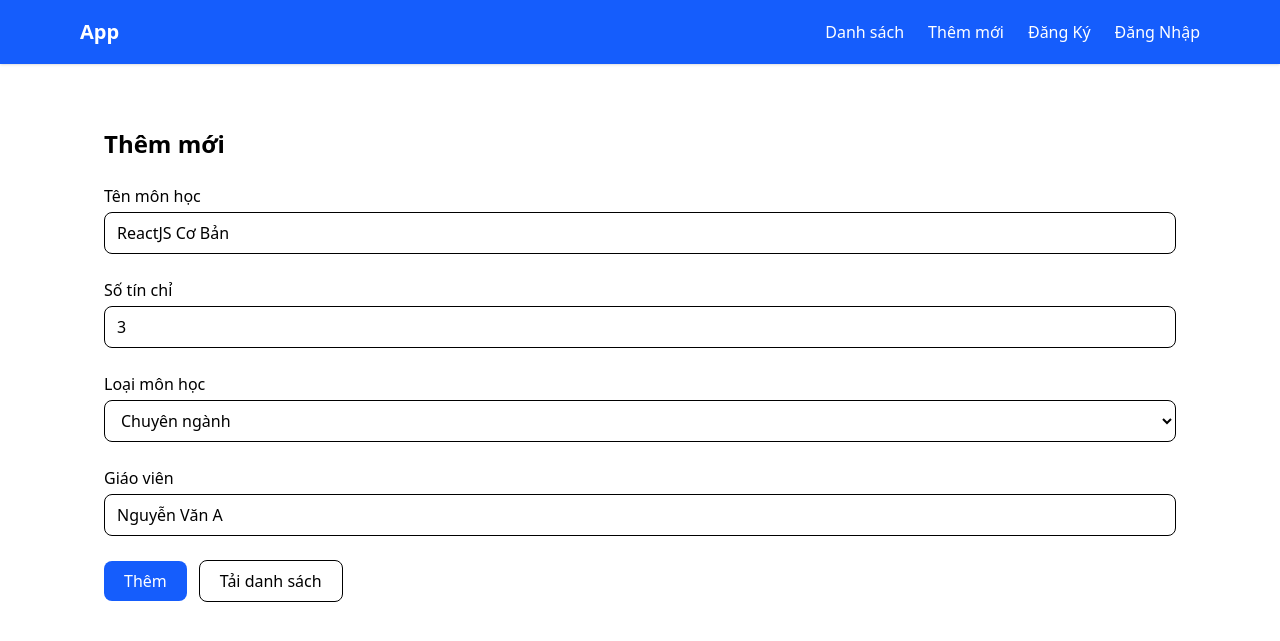
Repository: DODUCHUY195/Lap_Trinh_TypeScript
Page: /add
An editor plug-in stored every save of this project. The page is shown before and after the next save, followed by the edit.
The browser window is 1280 px wide. The pictures show the whole page.
The project was rebuilt for these pictures with package versions that can differ from the ones it lists, and the page was loaded fresh each time. Also part of the build but not shown: vite.config.ts, src/pages/List.tsx, src/pages/Edit.tsx, src/pages/AuthPage.tsx.

Above is the page before, as saved 2026-01-28 14:38:57.

After the next save:
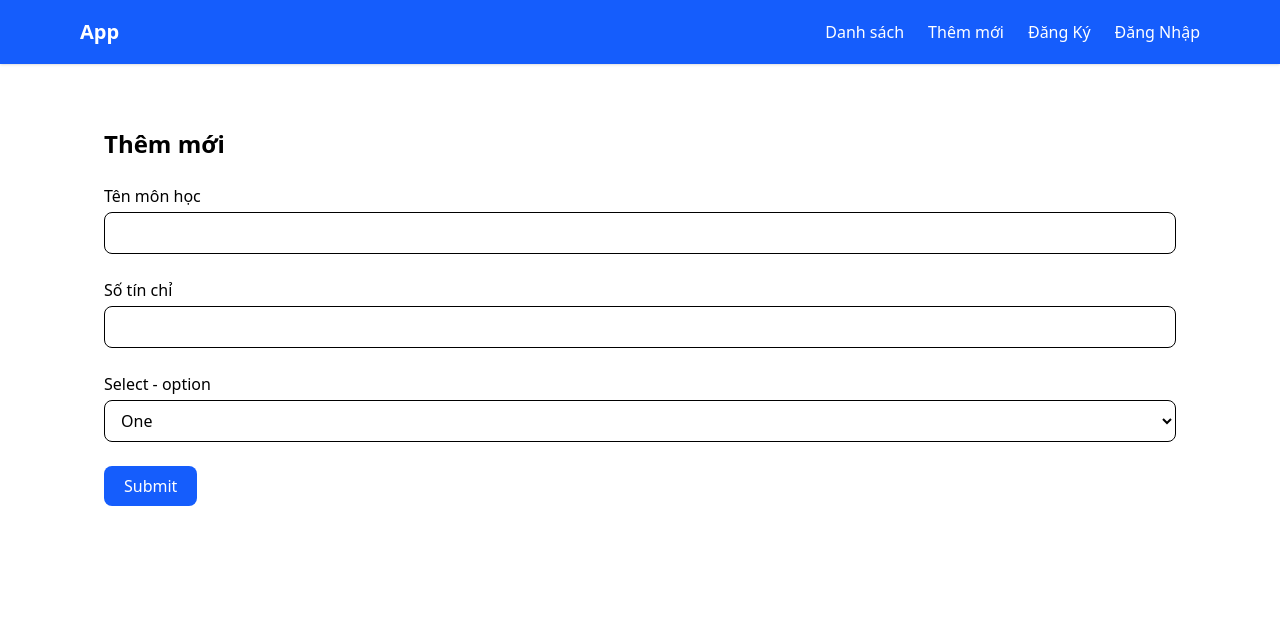
Saved 5 min 42 s later.
--- a/src/pages/Add.tsx
+++ b/src/pages/Add.tsx
@@ -1,40 +1,58 @@
-import { useNavigate } from "react-router-dom";
+import axios, { AxiosError } from "axios";
 import { useForm } from "react-hook-form";
+import z from "zod";
+import { zodResolver } from "@hookform/resolvers/zod";
+import { useNavigate, useParams } from "react-router-dom";
+import { useEffect } from "react";
 import toast from "react-hot-toast";
-import axios from "axios";
 
-type FormData = {
+type FormValues = {
   name: string;
   credit: number;
-  category: "Cơ sở" | "Chuyên ngành" | "Đại cương";
-  teacher: string;
 };
 
+const validate = z.object({
+  name: z.string().min(3, "Name 3 ky tu").max(100),
+  credit: z.number().min(1).max(100),
+});
+
 function AddPage() {
+  const { id } = useParams();
   const navigate = useNavigate();
   const {
     register,
     handleSubmit,
-    formState: { errors, isSubmitting },
-  } = useForm<FormData>({
-    mode: "onBlur",
-    defaultValues: {
-      name: "ReactJS Cơ Bản",
-      credit: 3,
-      category: "Chuyên ngành",
-      teacher: "Nguyễn Văn A",
-    },
-  });
+    reset,
+    formState: { errors },
+  } = useForm<FormValues>({ resolver: zodResolver(validate) });
 
-  const onSubmit = async (values: FormData) => {
+  useEffect(() => {
+    const getDetail = async () => {
+      try {
+        const token = localStorage.getItem("accessToken");
+        const headers = token ? { Authorization: `Bearer ${token}` } : undefined;
+        const { data } = await axios.get(`/api/subject/${id}`, { headers });
+        reset(data);
+      } catch (error) {
+        console.log(error);
+      }
+    };
+    if (id) getDetail();
+  }, [id, reset]);
+
+  const onSubmit = async (values: FormValues) => {
     try {
       const token = localStorage.getItem("accessToken");
       const headers = token ? { Authorization: `Bearer ${token}` } : undefined;
-      await axios.post("/api/subjects", values, { headers });
-      toast.success("Thêm thành công");
+      if (id) {
+        await axios.put(`/api/subject/${id}`, values, { headers });
+      } else {
+        await axios.post("/api/subject", values, { headers });
+      }
+      toast.success("Thành công");
       navigate("/");
-    } catch {
-      toast.error("Thêm thất bại");
+    } catch (error) {
+      toast.error("Thất bại: " + (error as AxiosError).message);
     }
   };
 
@@ -46,7 +64,7 @@ function AddPage() {
       params.set("_limit", "1000");
       const token = localStorage.getItem("accessToken");
       const headers = token ? { Authorization: `Bearer ${token}` } : undefined;
-      await axios.get(`/api/subjects?${params.toString()}`, { headers });
+      await axios.get(`/api/subject?${params.toString()}`, { headers });
       toast.success("Đã tải lại danh sách");
     } catch {
       toast.error("Tải danh sách thất bại");
@@ -88,47 +106,24 @@ function AddPage() {
         </div>
 
         <div>
-          <label htmlFor="category" className="block font-medium mb-1">
-            Loại môn học
+          <label htmlFor="selectOption" className="block font-medium mb-1">
+            Select - option
           </label>
           <select
-            id="category"
+            id="selectOption"
             className="w-full border rounded-lg px-3 py-2 bg-white focus:outline-none focus:ring-2 focus:ring-blue-500"
-            {...register("category", { required: "Bắt buộc" })}
           >
-            <option value="Cơ sở">Cơ sở</option>
-            <option value="Chuyên ngành">Chuyên ngành</option>
-            <option value="Đại cương">Đại cương</option>
+            <option value="1">One</option>
+            <option value="2">Two</option>
+            <option value="3">Three</option>
           </select>
-          {errors.category && <p className="text-red-600 mt-1">{errors.category.message}</p>}
-        </div>
-
-        <div>
-          <label htmlFor="teacher" className="block font-medium mb-1">
-            Giáo viên
-          </label>
-          <input
-            id="teacher"
-            type="text"
-            className="w-full border rounded-lg px-3 py-2 focus:outline-none focus:ring-2 focus:ring-blue-500"
-            {...register("teacher", { required: "Bắt buộc", minLength: { value: 4, message: "Giáo viên phải > 3 ký tự" } })}
-          />
-          {errors.teacher && <p className="text-red-600 mt-1">{errors.teacher.message}</p>}
         </div>
 
         <button
           type="submit"
-          disabled={isSubmitting}
           className="px-5 py-2 bg-blue-600 text-white rounded-lg hover:bg-blue-700 transition disabled:opacity-50"
         >
-          {isSubmitting ? "Đang thêm..." : "Thêm"}
-        </button>
-        <button
-          type="button"
-          onClick={reloadList}
-          className="ml-3 px-5 py-2 border rounded-lg"
-        >
-          Tải danh sách
+          Submit
         </button>
       </form>
     </div>
